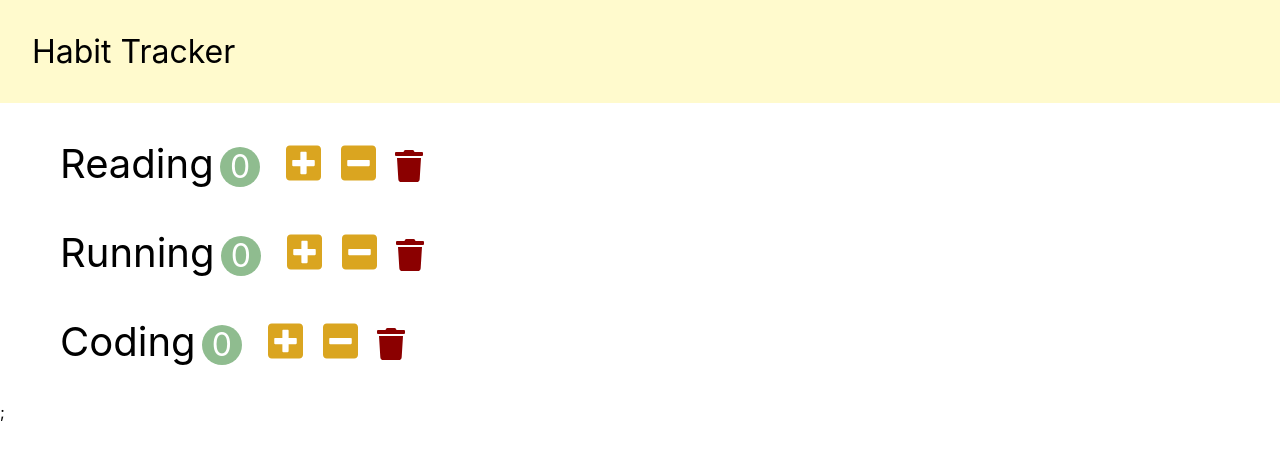
Repository: BokyungJeon/react-habit-tracker
Page: /
These files come from the project's save history. The page is drawn as it stood at one moment and after the next save; the edit follows.
The browser window is 1280 px wide. The pictures show the whole page.
The project was rebuilt for these pictures with package versions that can differ from the ones it lists, and the page was loaded fresh each time.

Above is the page before, as saved 2021-09-30 18:55:01.

After the next save:
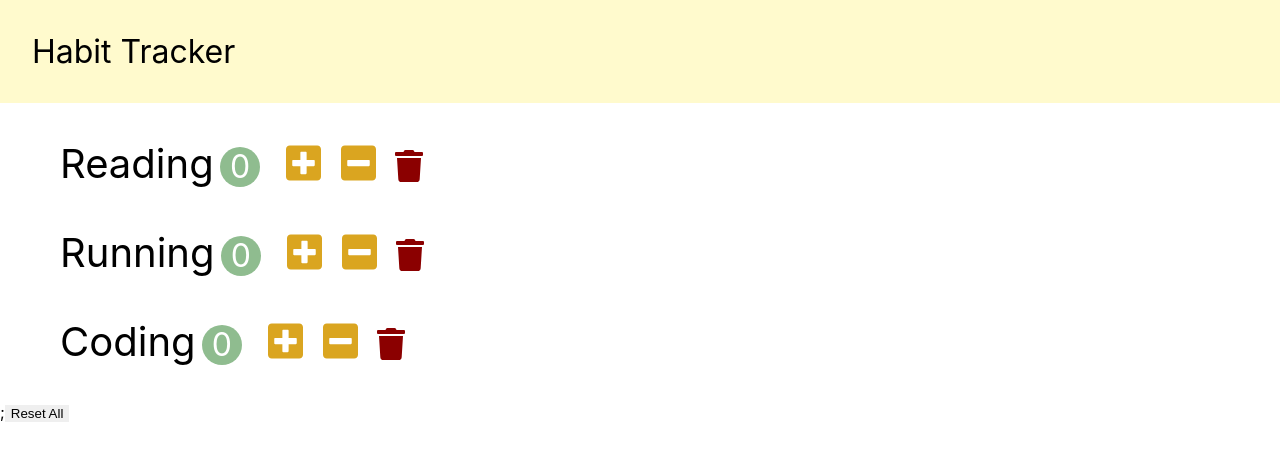
Saved 32 s later.
--- a/src/App.jsx
+++ b/src/App.jsx
@@ -9,7 +9,7 @@ class App extends Component {
         <header className="navbar">
           <span>Habit Tracker</span>
         </header>
-        <Habits />;
+        <Habits />;<button className="button">Reset All</button>
       </div>
     );
   }
